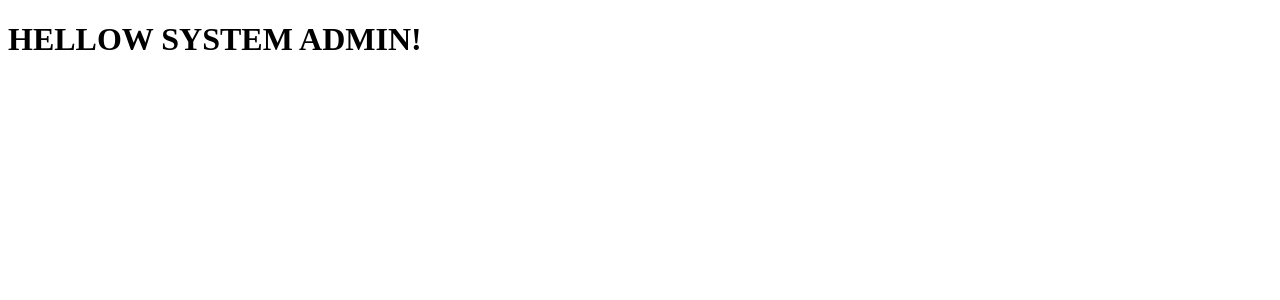
Repository: CISXO/JSP
Page: http://localhost/DB_Project/Sys_admin.jsp
The author's editor kept a copy of each file at every save. The page is drawn from the files as they stood at one save, then again after the next save.
The browser window is 1280 px wide. The pictures show the whole page.
The page is served by Tomcat 9.

Above is the page before, as saved 2022-12-18 05:15:15.

### DbProject/DB_Project/src/main/webapp/Sys_admin.jsp
<%@ page language="java" contentType="text/html; charset=EUC-KR"
    pageEncoding="EUC-KR"%>
<!DOCTYPE html>
<html>
<head>
<meta charset="EUC-KR">
<title>Insert title here</title>
</head>
<body>
<h1>HELLOW SYSTEM ADMIN!</h1>
</body>
</html>

After the next save:
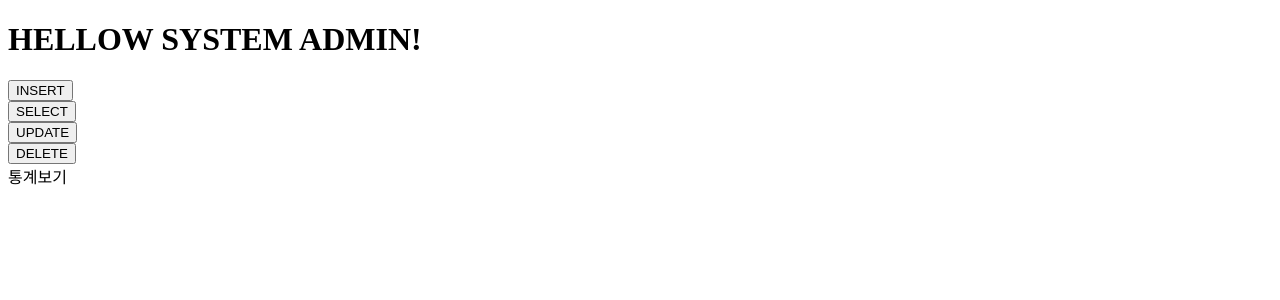
Saved 9 s later.
--- a/DbProject/DB_Project/src/main/webapp/Sys_admin.jsp
+++ b/DbProject/DB_Project/src/main/webapp/Sys_admin.jsp
@@ -8,5 +8,20 @@
 </head>
 <body>
 <h1>HELLOW SYSTEM ADMIN!</h1>
+
+<div>
+<button>INSERT</button>
+</div>
+<div>
+<button>SELECT</button>
+</div>
+<div>
+<button>UPDATE</button>
+</div>
+<div>
+<button>DELETE</button>
+</div>
+<div>통계보기<!-- count --></div>
+
 </body>
 </html>
